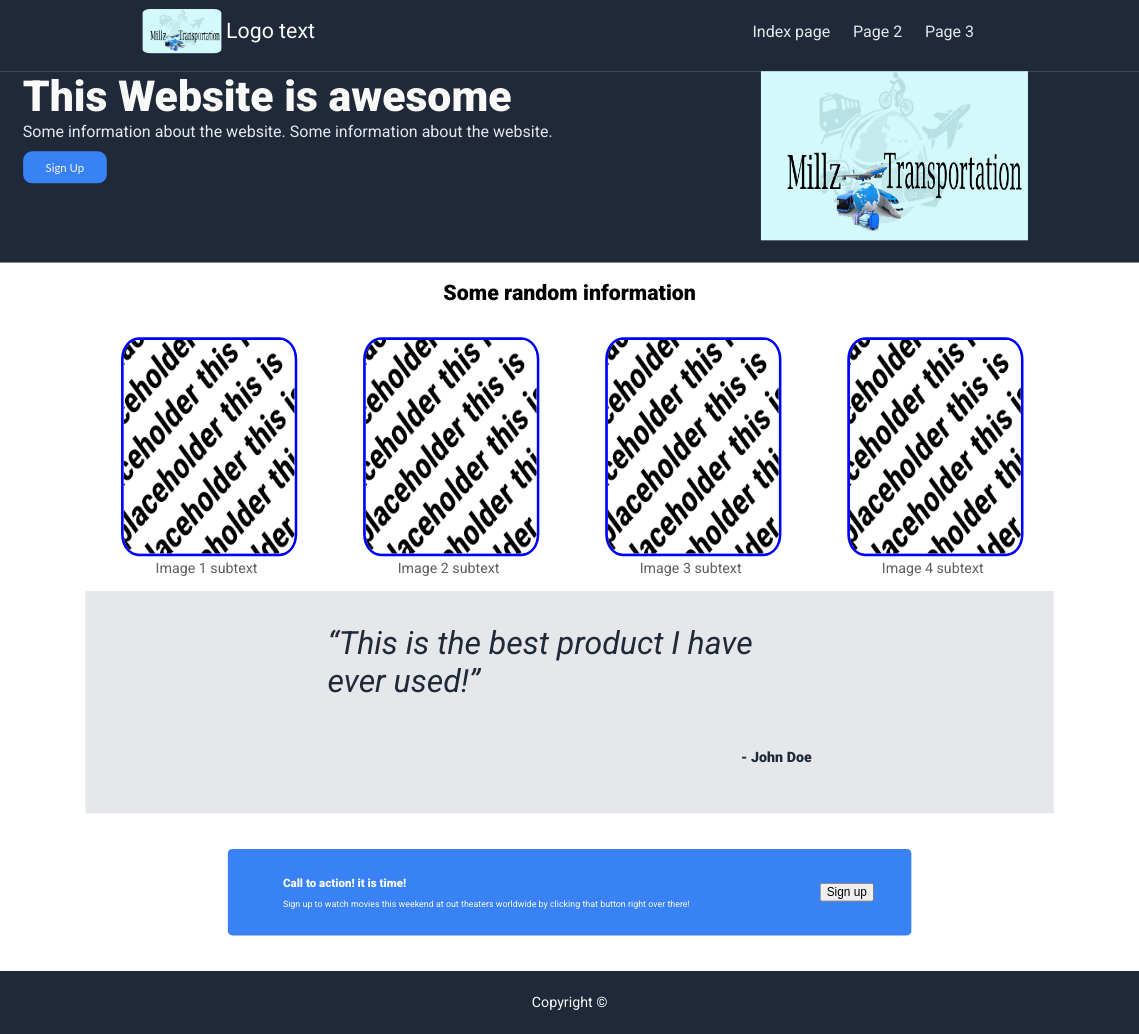
Repository: MikkyPrestige/css-assignment
Page: index.html
The author's editor kept a copy of each file at every save. The page is drawn from the files as they stood at one save, then again after the next save.
The browser window is 1280 px wide. The pictures show the whole page, at 89% of full size.

Above is the page before, as saved 2023-04-27 02:49:15.

After the next save:
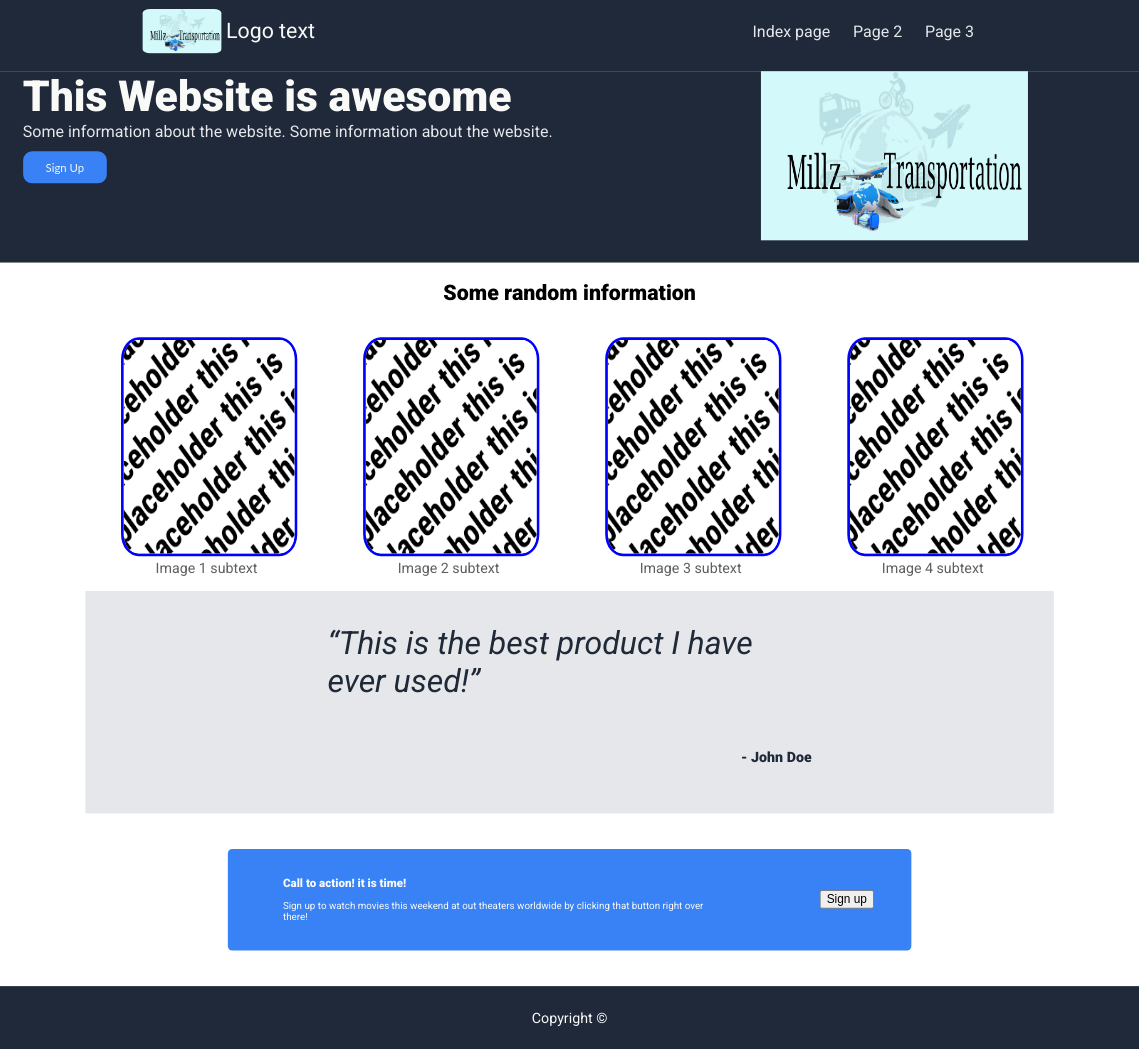
Saved 9 s later.
--- a/styles/index.css
+++ b/styles/index.css
@@ -259,7 +259,7 @@
 }
 
 .section4-cta__subtitle {
-	font-size: 10px;
+	font-size: 11px;
 	color: #F9FAF8;
 }
 
